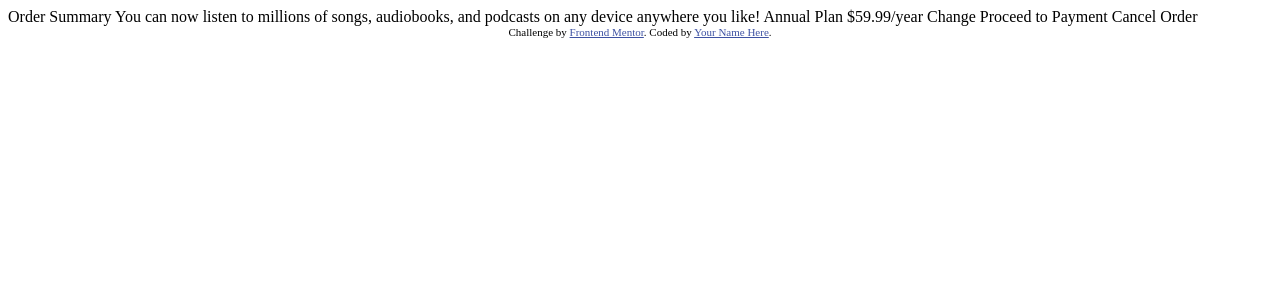
Repository: karanjain71/css-practice
Page: order-summary-component-main/index.html
An editor plug-in stored every save of this project. The page is shown before and after the next save, followed by the edit.
The browser window is 1280 px wide. The pictures show the whole page.

Above is the page before, as saved 2022-01-29 18:00:54.

After the next save:
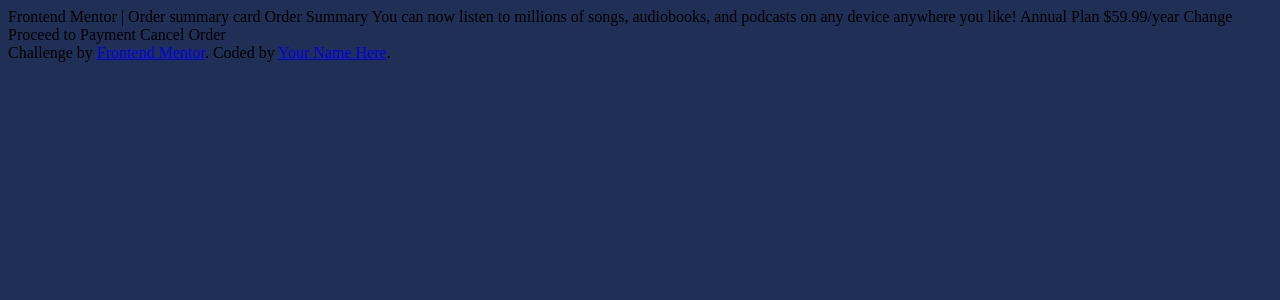
Saved 3 s later.
--- a/order-summary-component-main/index.html
+++ b/order-summary-component-main/index.html
@@ -6,12 +6,10 @@
 
   <link rel="icon" type="image/png" sizes="32x32" href="./images/favicon-32x32.png">
 
+  <link rel="stylesheet" href="style.css"
   <title>Frontend Mentor | Order summary card</title>
 
-  <!-- Feel free to remove these styles or customise in your own stylesheet 👍 -->
-  <style>
-    .attribution { font-size: 11px; text-align: center; }
-    .attribution a { color: hsl(228, 45%, 44%); }
+
   </style>
 </head>
 <body>
